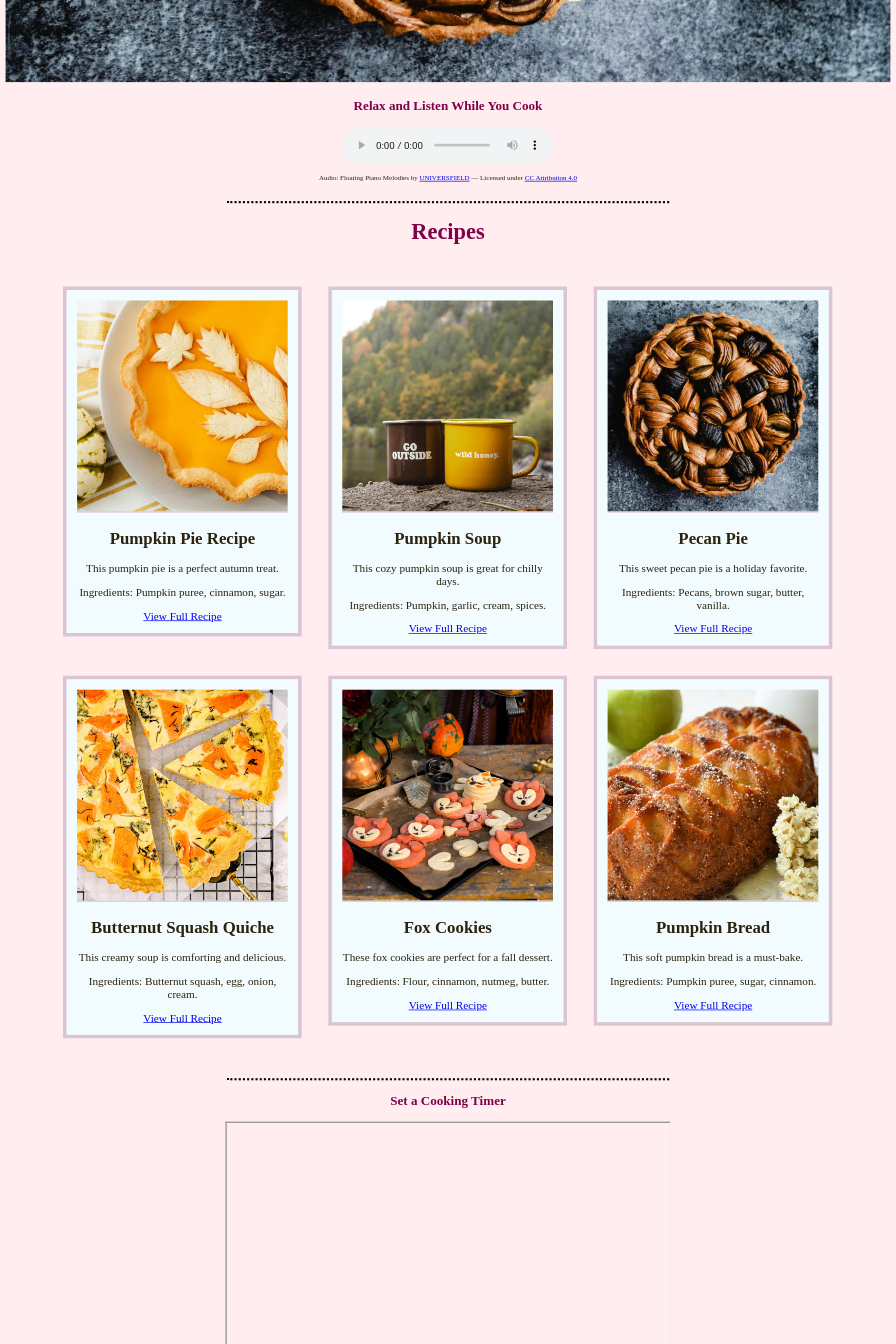
Repository: Brittany-Westlund/MART341-WebDesign
Page: WebDesignHomework/Assignment8/recipes.html
These files come from the project's save history. The page is drawn as it stood at one moment and after the next save; the edit follows.
The browser window is 1280 px wide. The pictures show the part of the page from y = 806 to 2726 px (the page is 3066 px tall before and 3054 px after), at 70% of full size.
Pictures or frames that could not be fetched are drawn as grey boxes.

Above is the page before, as saved 2024-10-13 13:31:12.

After the next save:
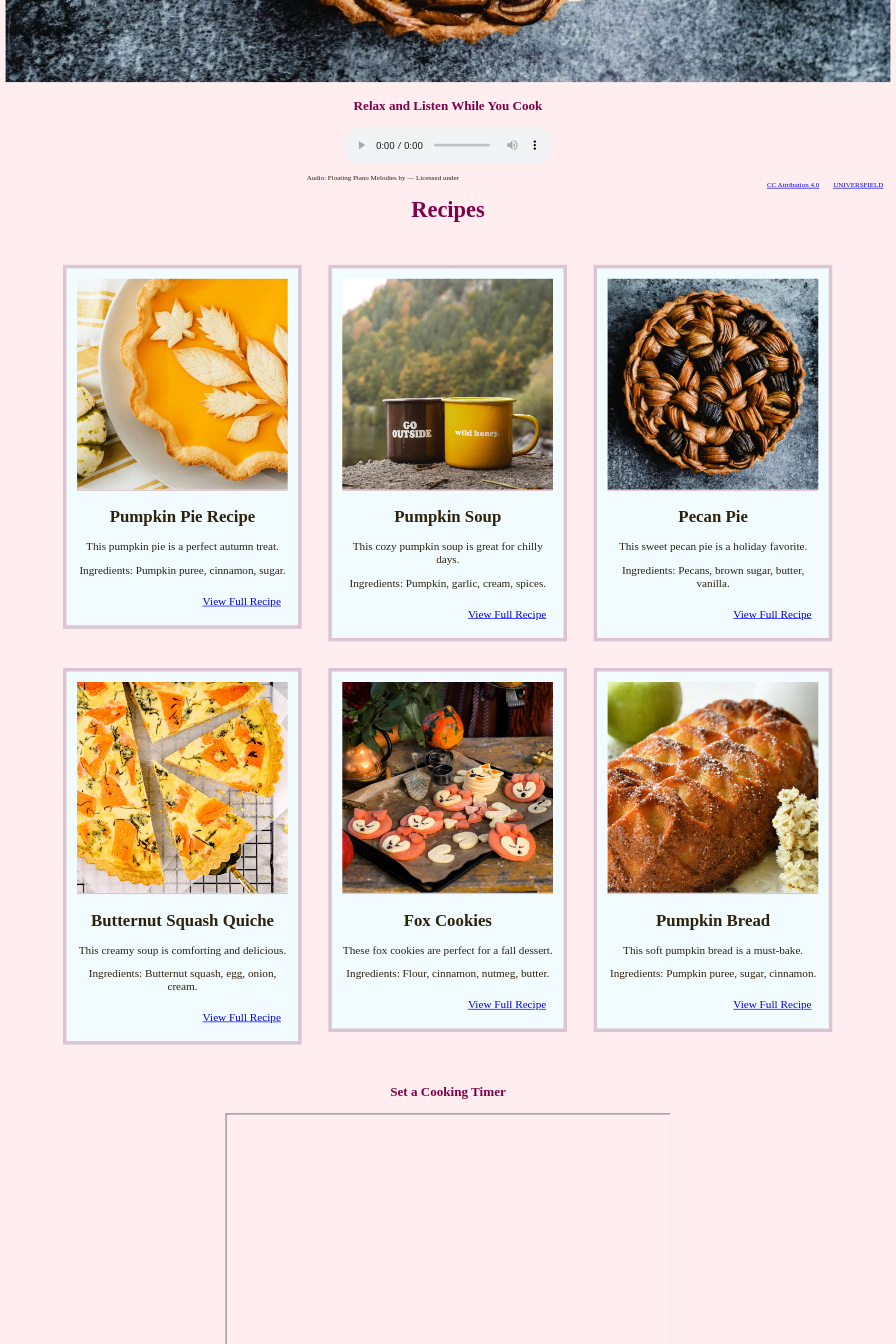
Saved 3 min 24 s later.
--- a/WebDesignHomework/Assignment8/recipes.html
+++ b/WebDesignHomework/Assignment8/recipes.html
@@ -6,6 +6,11 @@
     <title>Autumn Orchard</title>
 
     <style>
+
+        a {
+            float: right;
+            padding: 10px;
+        }
         body {
             background-color: rgb(255, 237, 239);
         }
@@ -46,11 +51,12 @@
 <body>
 
 <!-- Navigation Links -->
-    <a style="float: right; padding: 10px" href="index.html">HOME</a>
-    <a style="float: right; padding: 10px" href="activities.html">ACTIVITIES</a>
-    <a style="float: right; padding: 10px" href="recipes.html">RECIPES</a>
+    <a href="index.html">HOME</a>
+    <a href="activities.html">ACTIVITIES</a>
+    <a href="recipes.html">RECIPES</a>
 
     <h1 style="text-align: left;">Cozy Harvest</h1>
+
 
 <!-- Hero image -->
     <img src="images/autumn-slices-pie-optimized.jpg" style="width: 100%;" alt="Autumn Pie">
@@ -66,10 +72,6 @@
         <!-- Audio attribution -->
         <p style="font-size: 10px;">Audio: Floating Piano Melodies by <a href="https://freesound.org/s/723971/" target="_blank">UNIVERSFIELD</a> — Licensed under <a href="https://creativecommons.org/licenses/by/4.0/" target="_blank">CC Attribution 4.0</a></p>
     </div>
-
-<!-- Dotted line -->
-    <br />
-    <div style="border-bottom: 3px dotted #000; width: 50%; margin: 0 auto;"></div>
 
 
 <!-- Recipe section -->
@@ -124,14 +126,8 @@
         </div>
 
 
-        <div class="clear"></div> <!-- Clears the float after the rows -->
+        <div class="clear"></div> <!-- Clears the float after the rows. The following code will not adhere to the float -->
     </div>
-
-
-<!-- Dotted line -->
-<br />
-<div style="border-bottom: 3px dotted #000; width: 50%; margin: 0 auto;"></div>
-
 
 <!-- Cooking Timer iframe -->
     <h3>Set a Cooking Timer</h3>
